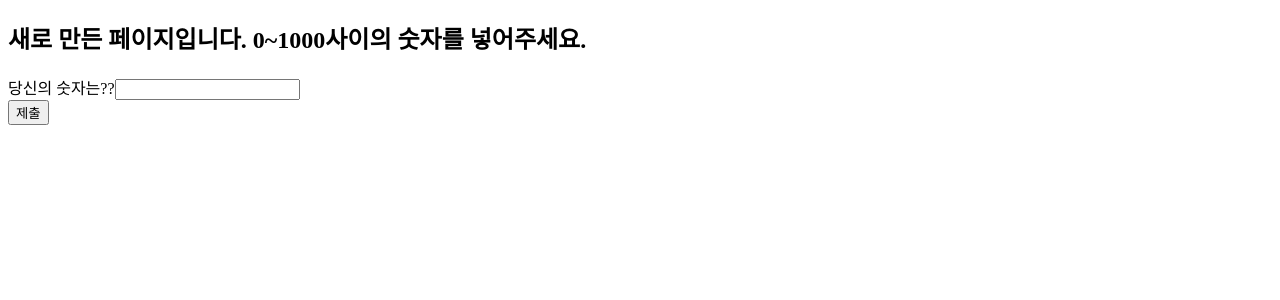
Repository: pearlgate/homework
Page: http://localhost/randomNum/jspRandom.jsp
An editor plug-in stored every save of this project. The page is shown before and after the next save, followed by the edit.
The browser window is 1280 px wide. The pictures show the whole page.
The page is served by Tomcat 9.

Above is the page before, as saved 2021-02-25 06:44:16.

After the next save:
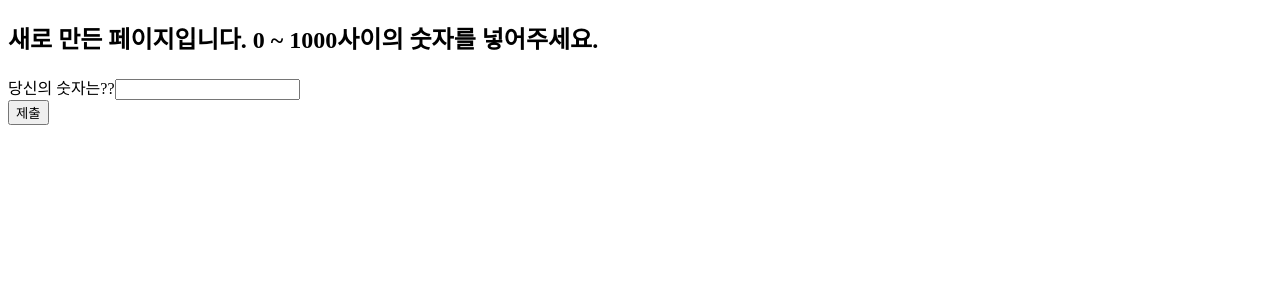
Saved 63 s later.
--- a/Noh/JAVA/Servlet jsp/servlet_workspace/randomNum/WebContent/jspRandom.jsp
+++ b/Noh/JAVA/Servlet jsp/servlet_workspace/randomNum/WebContent/jspRandom.jsp
@@ -17,9 +17,9 @@
 <body>
 <div>
 
-	  <h2>새로 만든 페이지입니다. <%=minNum %>~<%=maxNum %>사이의 숫자를 넣어주세요.</h2>
-		<form action=" ">
-			<label>당신의 숫자는??</label><input type="text" name=" "><br>
+	  <h2>새로 만든 페이지입니다. <%=minNum %> ~ <%=maxNum %>사이의 숫자를 넣어주세요.</h2>
+		<form action="">
+			<label>당신의 숫자는??</label><input type="text" name="guessNum"><br>
 			<input type="submit" value="제출">
 		</form>
 	</div>
